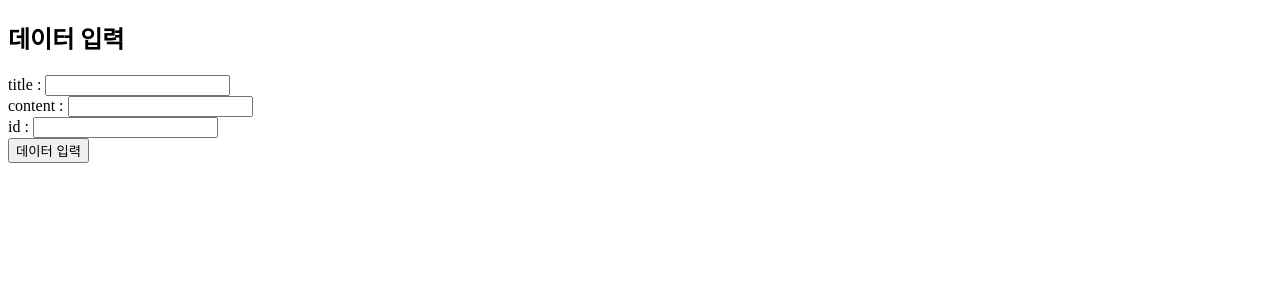
Repository: bluelessman/JSPServlet
Page: http://localhost/ServletStudy/JSPMission/Session/InsertBoardForm.jsp
An editor plug-in stored every save of this project. The page is shown before and after the next save, followed by the edit.
The browser window is 1280 px wide. The pictures show the whole page.
The page is served by Tomcat 10.

Above is the page before, as saved 2023-12-14 08:30:37.

After the next save:
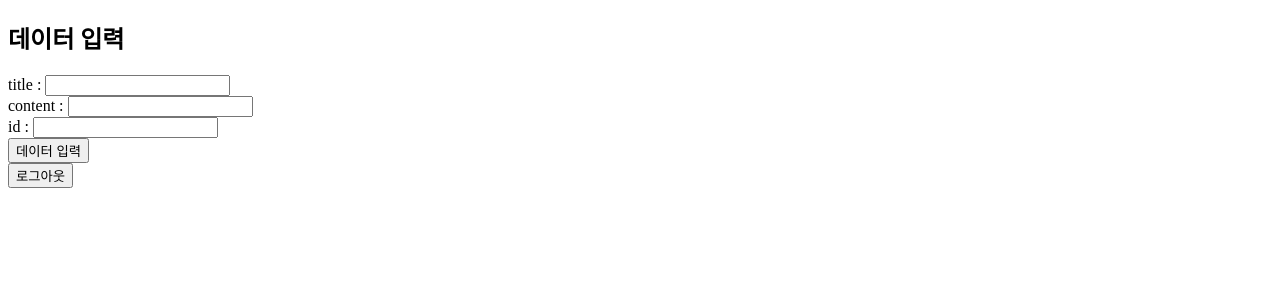
Saved 10 s later.
--- a/ServletStudy/src/main/webapp/JSPMission/Session/InsertBoardForm.jsp
+++ b/ServletStudy/src/main/webapp/JSPMission/Session/InsertBoardForm.jsp
@@ -17,7 +17,7 @@
 	id : <input type="text" name="bId"/><br/>
 	<input type="submit" value="데이터 입력"/>
 	</form>
-	<% if(session.getAttribute("member") != null){
+	<% if(i){
 	%>
 	<form action="Logout.jsp" method="post">
 	<input type="submit" value="로그아웃"/>
